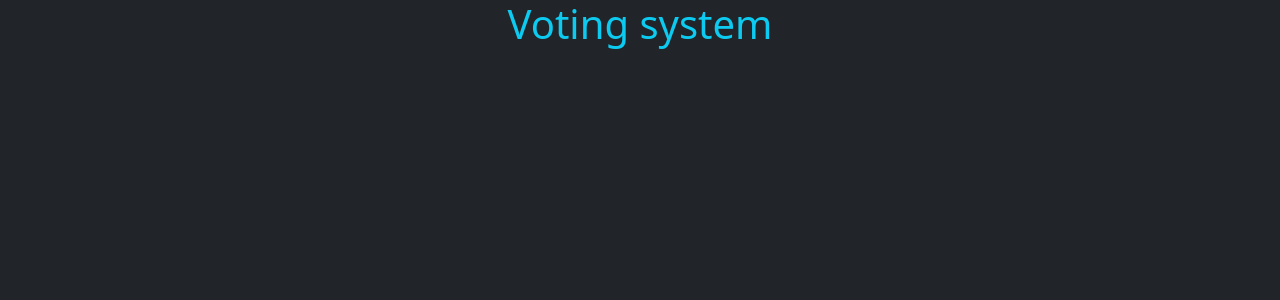
Repository: AvinashLikesToLearnNewStuff/VotingSite
Page: http://localhost/
An editor plug-in stored every save of this project. The page is shown before and after the next save, followed by the edit.
The browser window is 1280 px wide. The pictures show the whole page.
The page is run by PHP 8.4 with error messages shown; the project is at /var/www/html/.

Above is the page before, as saved 2023-03-09 09:46:45.

After the next save:
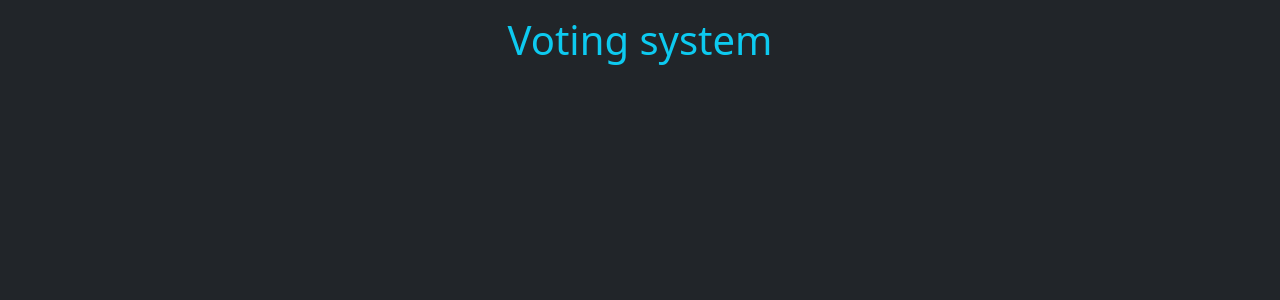
Saved 24 s later.
--- a/index.php
+++ b/index.php
@@ -9,7 +9,7 @@
      <link href="https://cdn.jsdelivr.net/npm/bootstrap@5.2.3/dist/css/bootstrap.min.css" rel="stylesheet" integrity="sha384-rbsA2VBKQhggwzxH7pPCaAqO46MgnOM80zW1RWuH61DGLwZJEdK2Kadq2F9CUG65" crossorigin="anonymous">
 </head>
 <body class="bg-dark">
-    <h1 class=  "text-info text-center">Voting system</h1>
+    <h1 class=  "text-info text-center p-3">Voting system</h1>
 
 </body>
 </html>
